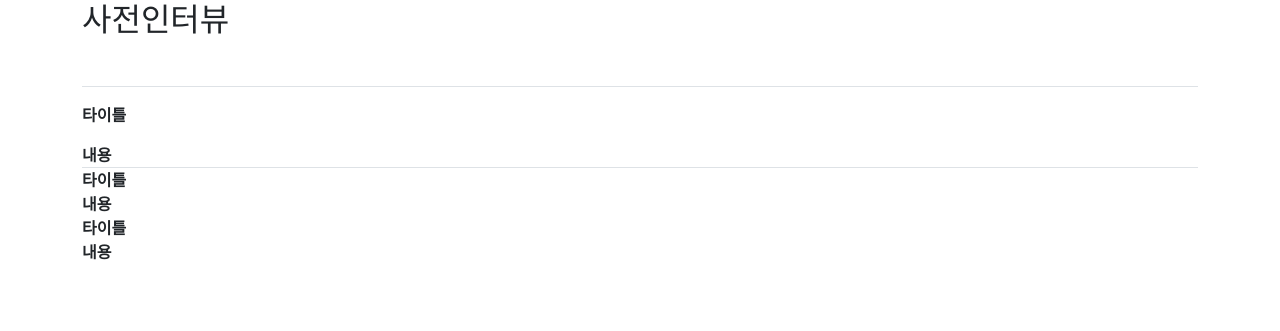
Repository: shin-eekk/js_study
Page: faq.html
The author's editor kept a copy of each file at every save. The page is drawn from the files as they stood at one save, then again after a run of saves.
The browser window is 1280 px wide. The pictures show the whole page.
The style sheet was rebuilt from its Sass, Less or Tailwind sources for each picture, by a compiler version that may differ from the author's.

Above is the page before, as saved 2025-03-12 10:09:10.

After the next 2 saves:
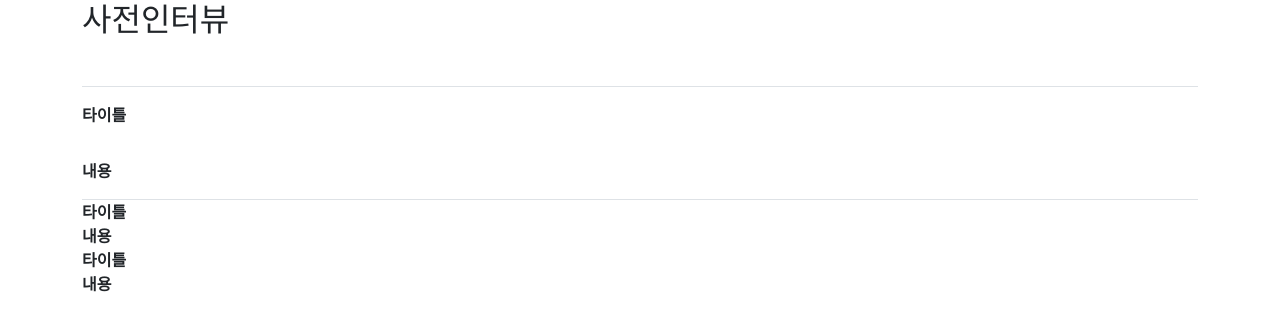
The 2 saves are shown as one change because they came seconds apart.
The last was saved 7 s later.
--- a/faq.html
+++ b/faq.html
@@ -16,7 +16,7 @@
             <h2>사전인터뷰</h2>
             <dl>
                 <dt class="border-top py-3">타이틀</dt>
-                <dt class="border-bottom">내용</dt>
+                <dt class="border-bottom py-3">내용</dt>
                 <dt>타이틀</dt>
                 <dt>내용</dt>
                 <dt>타이틀</dt>
